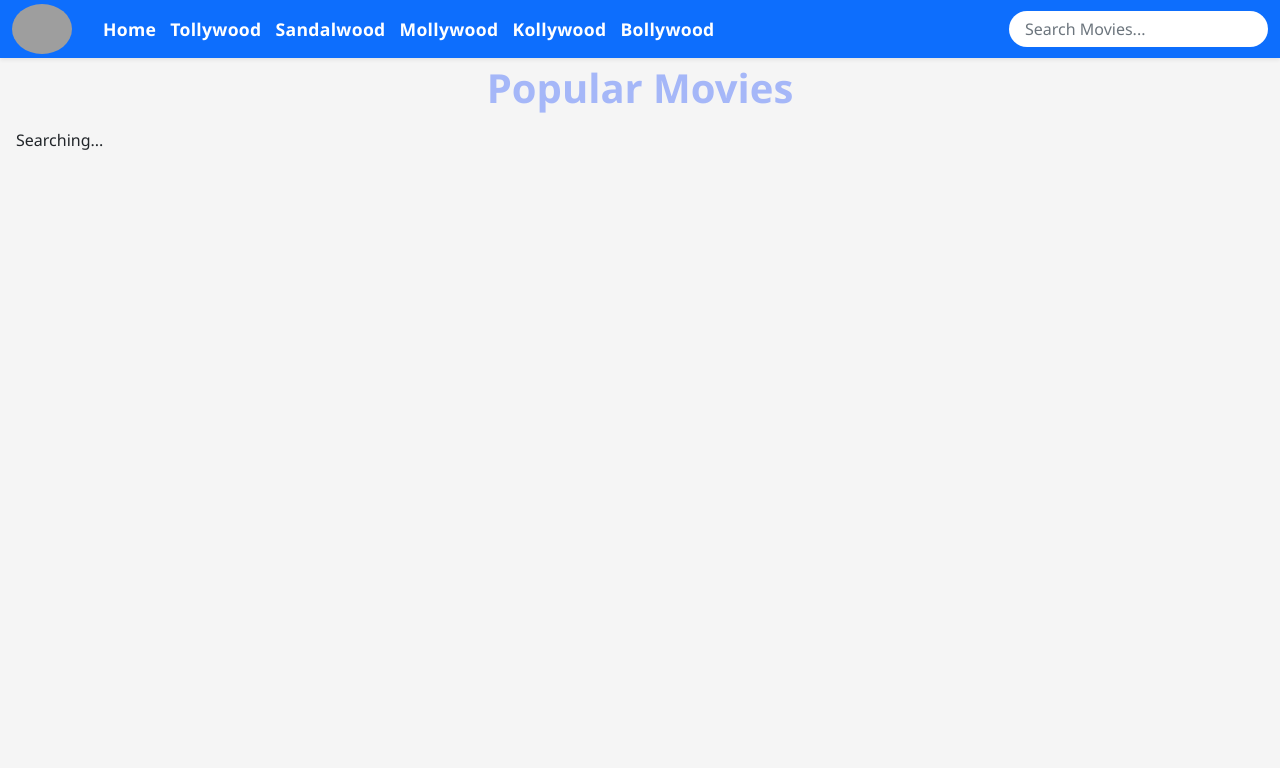
Repository: chandu7777158/Movies_spot
Page: /
These files come from the project's save history. The page is drawn as it stood at one moment and after the next save; the edit follows.
The browser window is 1280 px wide. The pictures show the whole page.
Pictures or frames that could not be fetched are drawn as grey boxes. The page's requests for data from a server got no answer. The project was rebuilt for these pictures with package versions that can differ from the ones it lists, and the page was loaded fresh each time. No one was signed in, and anything a server would have sent is missing. Also part of the build but not shown: vite.config.js, src/components/MovieCard.jsx.

Above is the page before, as saved 2026-01-29 10:29:21.

After the next save:
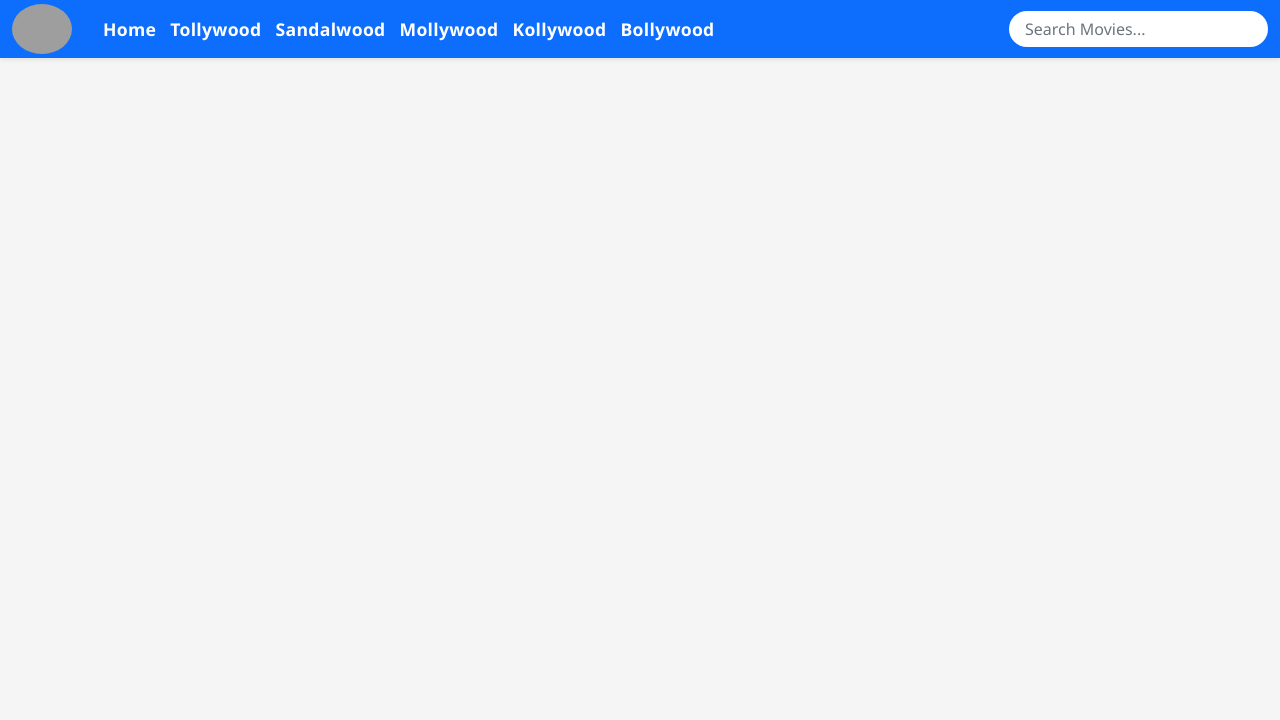
Saved 7 min 52 s later.
--- a/src/App.jsx
+++ b/src/App.jsx
@@ -7,17 +7,7 @@
   return (
     <Router>
       <Navbar />
-      <main className="mt-5 pt-3">
-        <Routes>
-          <Route path="/" element={<MoviePage category="popular" />} />
-          <Route path="/tollywood" element={<MoviePage category="tollywood" />} />
-          <Route path="/sandalwood" element={<MoviePage category="sandalwood" />} />
-          <Route path="/mollywood" element={<MoviePage category="mollywood" />} />
-          <Route path="/kollywood" element={<MoviePage category="kollywood" />} />
-          <Route path="/bollywood" element={<MoviePage category="bollywood" />} />
-          <Route path="/search/:query" element={<MoviePage category="search" />} />
-        </Routes>
-      </main>
+
     </Router>
   );
 }

After the save that followed:
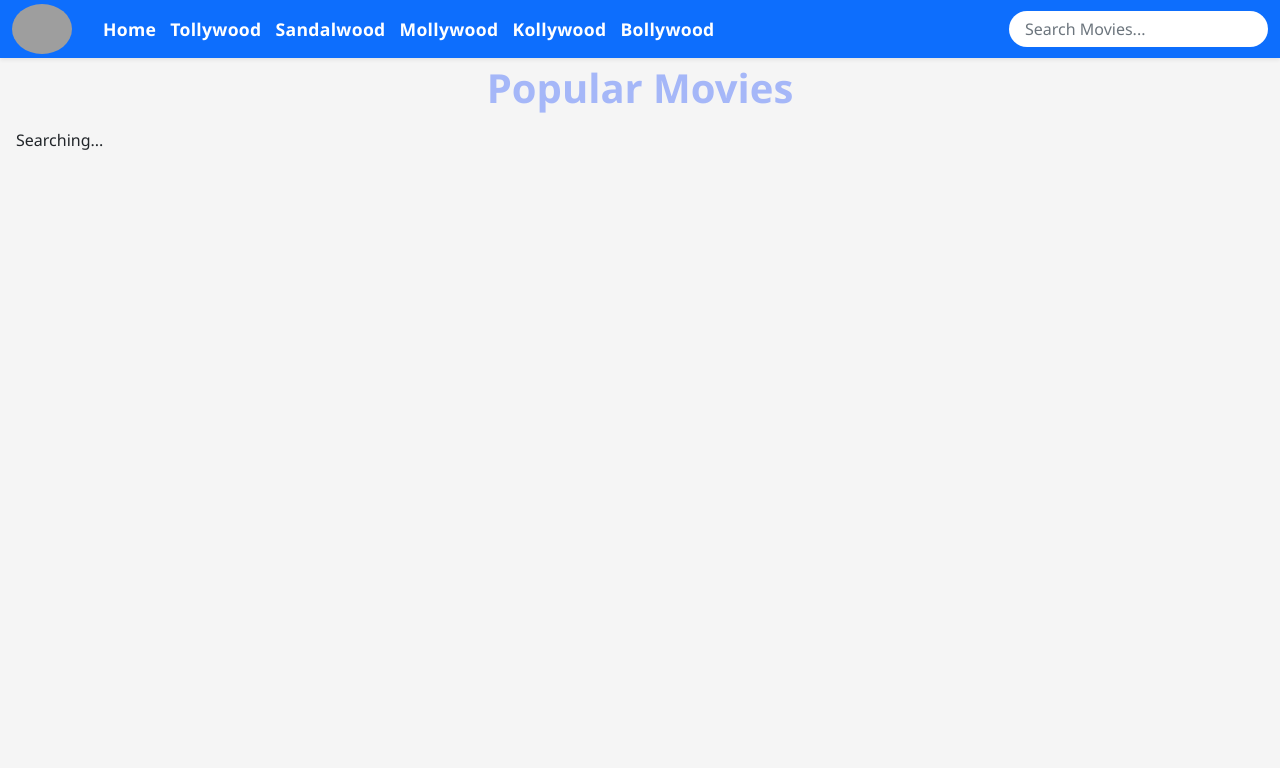
Saved 15 s later.
--- a/src/App.jsx
+++ b/src/App.jsx
@@ -7,7 +7,17 @@
   return (
     <Router>
       <Navbar />
-
+      <main className="mt-5 pt-3">
+        <Routes>
+          <Route path="/" element={<MoviePage category="popular" />} />
+          <Route path="/tollywood" element={<MoviePage category="tollywood" />} />
+          <Route path="/sandalwood" element={<MoviePage category="sandalwood" />} />
+          <Route path="/mollywood" element={<MoviePage category="mollywood" />} />
+          <Route path="/kollywood" element={<MoviePage category="kollywood" />} />
+          <Route path="/bollywood" element={<MoviePage category="bollywood" />} />
+          <Route path="/search/:query" element={<MoviePage category="search" />} />
+        </Routes>
+      </main>
     </Router>
   );
 }
